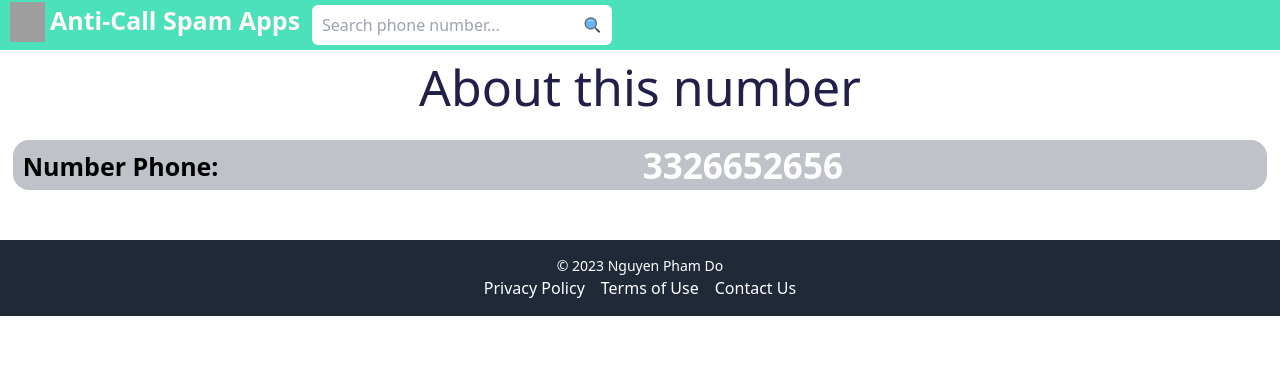
Repository: NPham1402/Web-user-callSpamBlocker
Page: /detail
An editor plug-in stored every save of this project. The page is shown before and after the next save, followed by the edit.
The browser window is 1280 px wide. The pictures show the whole page.
Pictures or frames that could not be fetched are drawn as grey boxes. The page's requests for data from a server got no answer. The project was rebuilt for these pictures with package versions that can differ from the ones it lists, and the page was loaded fresh each time. The framework's server and built-in components were replaced by stand-ins that run in the browser. No one was signed in, and anything a server would have sent is missing. Also part of the build but not shown: next.config.js.

Above is the page before, as saved 2023-02-13 16:04:48.

### pages/detail.js
import axios from "axios";
import Head from "next/head";
import { useRouter } from "next/router";
import React, { useEffect } from "react";
import { FcSearch } from "react-icons/fc";
import MiniCompoent from "./components/miniCompoent";
function detail() {
  const router = useRouter();
  const {
    query: { id },
  } = router;
  useEffect(() => {
    axios.get("");
  }, []);
  return (
    <>
      {" "}
      <Head>
        <title>Check number spam</title>
        <meta name="description" content="Generated by create next app" />
        <meta name="viewport" content="width=device-width, initial-scale=1" />
        <link rel="icon" href="/favicon.ico" />
      </Head>
      <main className="relative">
        <div className="w-100 pl-[10px] pt-[2px] flex flex-row h-[50px] bg-[#4BE1BA]">
          <img
            src="https://static.callblocker.org/img/logo.png"
            className=" w-[35px] h-[40px]"
          />
          <p className="pl-[5px] pt-[6px] leading-none font-Raleway font-bold text-[25px] text-[#FFF8F8] ">
            Anti-Call Spam Apps
          </p>
          <div className="flex flex-row p-[10px] rounded-[6px]  w-[300px] h-[40px] ml-[12px] mt-[3px] bg-white">
            <input
              className="w-full h-full outline-none"
              placeholder="Search phone number..."
            />
            <FcSearch className="text-[20px] cursor-pointer" />
          </div>
        </div>
        <p className=" font-medium text-[50px] text-center text-[#221f49] ">
          About this number
        </p>
        <div className="w-[98%] my-[15px] rounded-[16px]    mx-auto h-[50px] bg-[#bfc3c9]">
          <MiniCompoent
            types="line"
            headerLine="Number Phone:"
            contents="3326652656"
          />
        </div>
      </main>
      <footer className="bg-gray-800 mt-[50px] text-white py-4">
        <div className="container mx-auto">
          <p className="text-center text-sm">&copy; 2023 Nguyen Pham Do</p>
          <div className="flex justify-center">
            <a href="#" className="text-white mx-2">
              Privacy Policy
            </a>
            <a href="#" className="text-white mx-2">
              Terms of Use
            </a>
            <a href="#" className="text-white mx-2">
              Contact Us
            </a>
          </div>
        </div>
      </footer>
    </>
  );
}

export default detail;

### styles/globals.css
@tailwind base;
@tailwind components;
@tailwind utilities;
@import url('https://fonts.googleapis.com/css2?family=Raleway:ital&display=swap');

### pages/components/miniCompoent.js
import React from "react";

export default function MiniCompoent(props) {
  return props.types == "line" ? (
    <div className="flex flex-row">
      <p className="text-[25px] font-semibold ml-[10px] my-auto align-text-bottom">
        {props.headerLine}
      </p>
      <p className="text-[35px] m-auto font-bold text-[white] ">
        {props.contents}
      </p>
    </div>
  ) : (
    <></>
  );
}

Loaded but not shown: pages/_app.js (common file); pages/_document.js (common file); tailwind.config.js (common file)

After the next save:
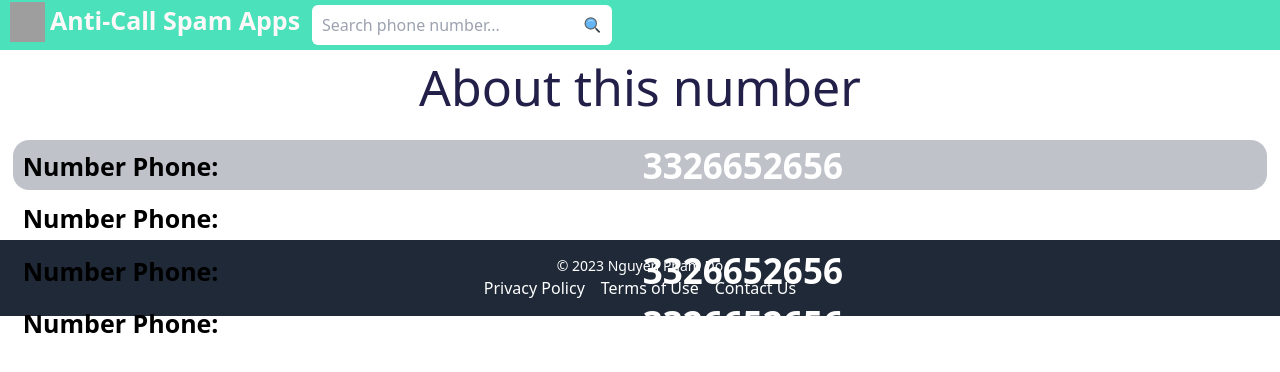
Saved 25 s later.
--- a/pages/detail.js
+++ b/pages/detail.js
@@ -47,6 +47,21 @@ function detail() {
             headerLine="Number Phone:"
             contents="3326652656"
           />
+          <MiniCompoent
+            types="line"
+            headerLine="Number Phone:"
+            contents="3326652656"
+          />
+          <MiniCompoent
+            types="line"
+            headerLine="Number Phone:"
+            contents="3326652656"
+          />
+          <MiniCompoent
+            types="line"
+            headerLine="Number Phone:"
+            contents="3326652656"
+          />
         </div>
       </main>
       <footer className="bg-gray-800 mt-[50px] text-white py-4">
